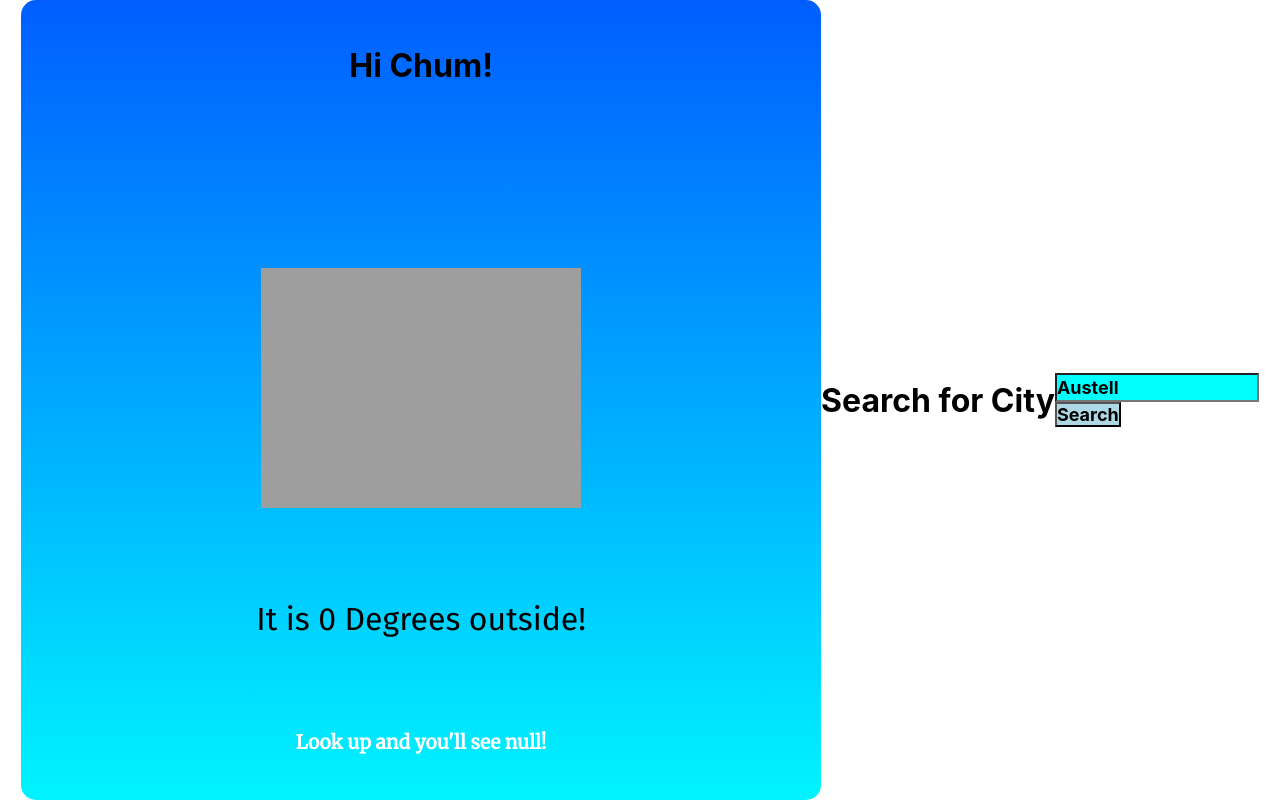
Repository: sayrilamar/chumsweatherapp
Page: /
These files come from the project's save history. The page is drawn as it stood at one moment and after the next save; the edit follows.
The browser window is 1280 px wide. The pictures show the whole page.
Pictures or frames that could not be fetched are drawn as grey boxes. The page's requests for data from a server got no answer. The project was rebuilt for these pictures with package versions that can differ from the ones it lists, and the page was loaded fresh each time. No one was signed in, and anything a server would have sent is missing.

Above is the page before, as saved 2020-04-19 08:33:58.

### src/index.css
* {
  margin: 0;
  padding: 0;
  font-family: -apple-system, BlinkMacSystemFont, 'Segoe UI', 'Roboto', 'Oxygen',
    'Ubuntu', 'Cantarell', 'Fira Sans', 'Droid Sans', 'Helvetica Neue',
    sans-serif;
  -webkit-font-smoothing: antialiased;
  -moz-osx-font-smoothing: grayscale;
}

### src/App.js
import React, {useState, useEffect} from "react";
import "./App.css";
import WeatherCard from "./components/WeatherCard/component.js";

function App() {
  const [query,
    setQuery] = useState("Austell");
  const [weather,
    setWeather] = useState({temp: null, city: null, condition: null, country: null, description: null});

  const data = async q => {
    const apiRes = await fetch(`http://api.openweathermap.org/data/2.5/weather?q=${q}&units=imperial&APPID=ab0ef440364092f54ff821ca2b803163`);
    const resJSON = await apiRes.json();
    return resJSON;
  };

  const handleSearch = e => {
    data(query).then(res => console.log(res));
    e.preventDefault();
    data(query).then(res => {
      setWeather({temp: res.main.temp, city: res.name, condition: res.weather[0].main, country: res.sys.country, description: res.weather[0].description});
    });
  };

  // runs once the dom is loaded for the first time only, because there is no
  // variable being watched in the dependency array
  useEffect(() => {
    data(query).then(res => {
      setWeather({temp: res.main.temp, city: res.name, condition: res.weather[0].main, country: res.sys.country, description: res.weather[0].description});
    });
  }, []);

  return (
    <div className="App">
      <div>
        <WeatherCard
          temp={Math.round(weather.temp)}
          condition={weather.condition}
          city={weather.city}
          state={weather.country}
          description={weather.description}/>
      </div>
      <h1>Search for City</h1>
      <form>
        <div>
          <input
            className="input"
            value={query}
            onChange={e => setQuery(e.target.value)}/>
        </div>
        <div>
          <button className="button" onClick={e => handleSearch(e)}>
            Search
          </button>
        </div>
      </form>
    </div>
  );
}

export default App;

### src/App.css
@import url("https://fonts.googleapis.com/css?family=Merriweather|Fira+Sans&display=swap");

.App {
  margin: 0 auto;
  color: white;
  display: flex;
  justify-content: center;
  align-items: center;
}

h1 {
  color: black;
}

.input {
  background-color: aqua;
  font-weight: bold;
  height: 25px;
  width: 200px;
  font-size: large;
}

.button {
  height: fit-content;
  font-size: large;
  font-weight: bold;
  background-color: lightblue
}

### src/components/WeatherCard/component.js
import React from "react";
import styled from "@emotion/styled";
import Location from "./Location";
import Icon from "./Icon";
import Condition from "./Condition";

const WeatherCard = ({temp, condition, city, state, description}) => {
    let highColor = 0;
    let lowColor = 0;
    let bg = null;

    if (temp > 53.6) {
        highColor = (1 - (temp - 53.6) / 50.4) * 255;
        lowColor = highColor - 150;
        bg = `linear-gradient(
            to top,
            rgb(255, ${highColor}, 0),
            rgb(255, ${lowColor}, 0)
          )`;
    } else if (temp <= 53.6) {
        highColor = (1 - (temp + 4) / 89) * 255;
        lowColor = highColor - 150;
        bg = `linear-gradient(
            to top,
            rgb(0, ${highColor}, 255),
            rgb(0, ${lowColor}, 255)
          )`;
    }

    const Card = styled.div `
    margin: 0 auto;
    background: ${bg};
    width: 800px;
    height: 800px;
    display: flex;
    flex-direction: column;
    justify-content: space-around;
    align-items: center;
    border-radius: 15px;
  `;

    return (
        <Card>
            <h1>Hi Chum!</h1>
            <Location city={city} state={state}/>
            <Icon condition={condition}/>
            <Condition temp={temp} condition={condition} description={description}/>
        </Card>
    );
};

export default WeatherCard;

### src/components/WeatherCard/Location.js
import React from "react";
import styled from "@emotion/styled";

const Location = ({city, state}) => {
  const Container = styled.div `
    text-align: center;
  `;

  const City = styled.h1 `
    font-family: "Merriweather", sans-serif;
    font-size: 1.6rem;
  `;

  const Country = styled.h3 `
    font-family: "Fira Sans", sans-serif;
    font-size: 1.1rem;
  `;

  return (
    <Container>
      <City>{city}</City>
      <Country>{state}</Country>
    </Container>
  );
};

export default Location;

### src/components/WeatherCard/Icon.js
import React from "react";
import styled from "@emotion/styled";

// https://openweathermap.org/weather-conditions
const Icon = ({condition}) => {
  let icon;
  switch (condition) {
    case "Clouds":
      icon = `02d@2x`;
      break;
    case "Clear":
      icon = `01d@2x`;
      break;
    case "Haze":
      icon = `50d@2x`;
      break;
    case "Fog":
      icon = `50d@2x`;
      break;
    case "Tornado":
      icon = `50d@2x`;
      break;
    case "Dust":
      icon = `50d@2x`;
      break;
    case "Mist":
      icon = `50d@2x`;
      break;
    case "Snow":
      icon = `13d@2x`;
      break;
    case "Rain":
      icon = `10d@2x`;
      break;
    case "Drizzle":
      icon = `11d@2x`;
      break;
    case "Thunderstorm":
      icon = `11d@2x`;
      break;
    default:
      icon = ``;
      break;
  }

  const Icon = styled.img `
    width: 40%;
  `;

  return (<Icon src={`http://openweathermap.org/img/wn/${icon}.png`} alt="Weather Icon"/>);
};

export default Icon;

### src/components/WeatherCard/Condition.js
import React, {Fragment} from "react";
import styled from "@emotion/styled";

const Condition = ({temp, condition, description}) => {
  const Temp = styled.h1 `
    font-family: "Fira Sans", sans-serif;
    font-size: 2rem;
    font-weight: 200;
  `;

  const State = styled.h3 `
    font-family: "Merriweather", sans-serif;
    font-size: 1.2rem;
  `;

  return (
    <Fragment>
      <Temp>
        It is {temp + " "}
        Degrees outside!
      </Temp>
      <State>{"Look up and you'll see " + description + "!"}</State>
    </Fragment>
  );
};

export default Condition;

Loaded but not shown: public/index.html (common file); src/index.js (common file); src/serviceWorker.js (common file)

After the next save:
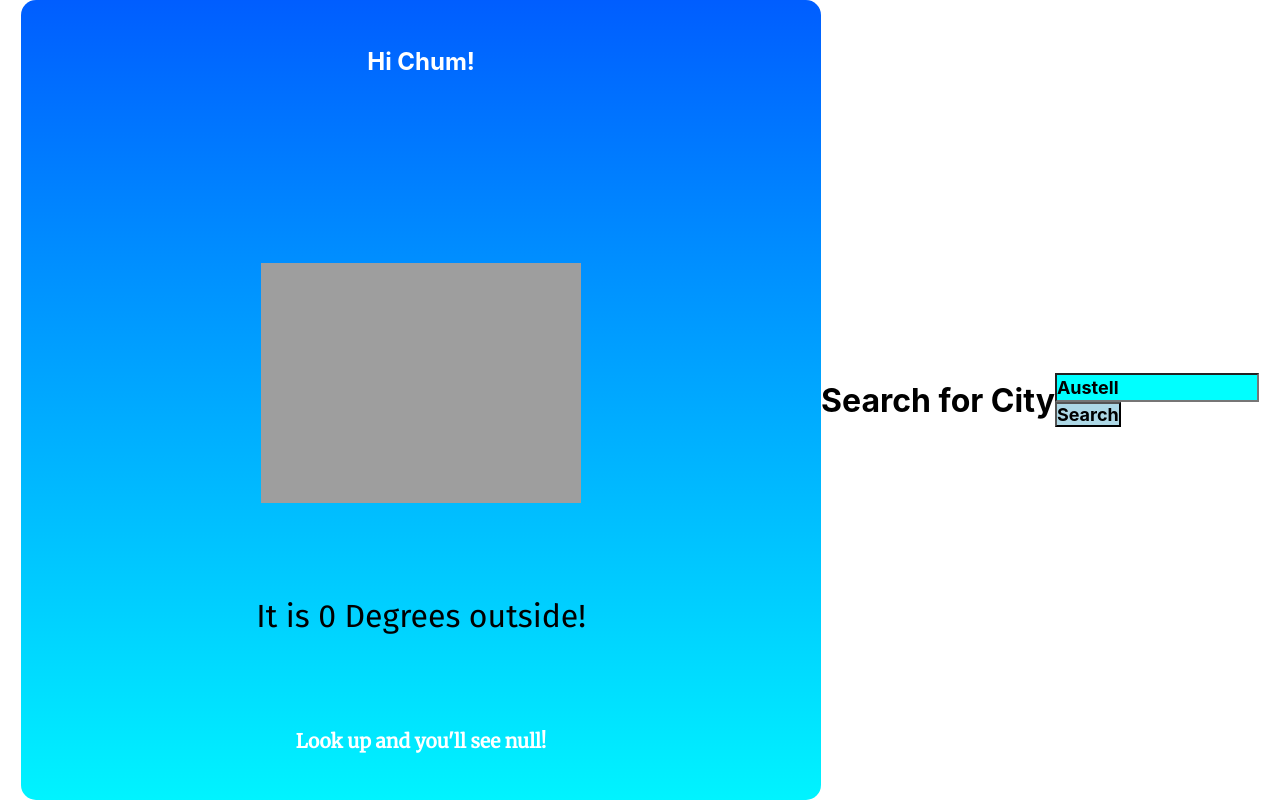
Saved 7 s later.
--- a/src/components/WeatherCard/component.js
+++ b/src/components/WeatherCard/component.js
@@ -41,7 +41,7 @@ const WeatherCard = ({temp, condition, city, state, description}) => {
 
     return (
         <Card>
-            <h1>Hi Chum!</h1>
+            <h2>Hi Chum!</h2>
             <Location city={city} state={state}/>
             <Icon condition={condition}/>
             <Condition temp={temp} condition={condition} description={description}/>
